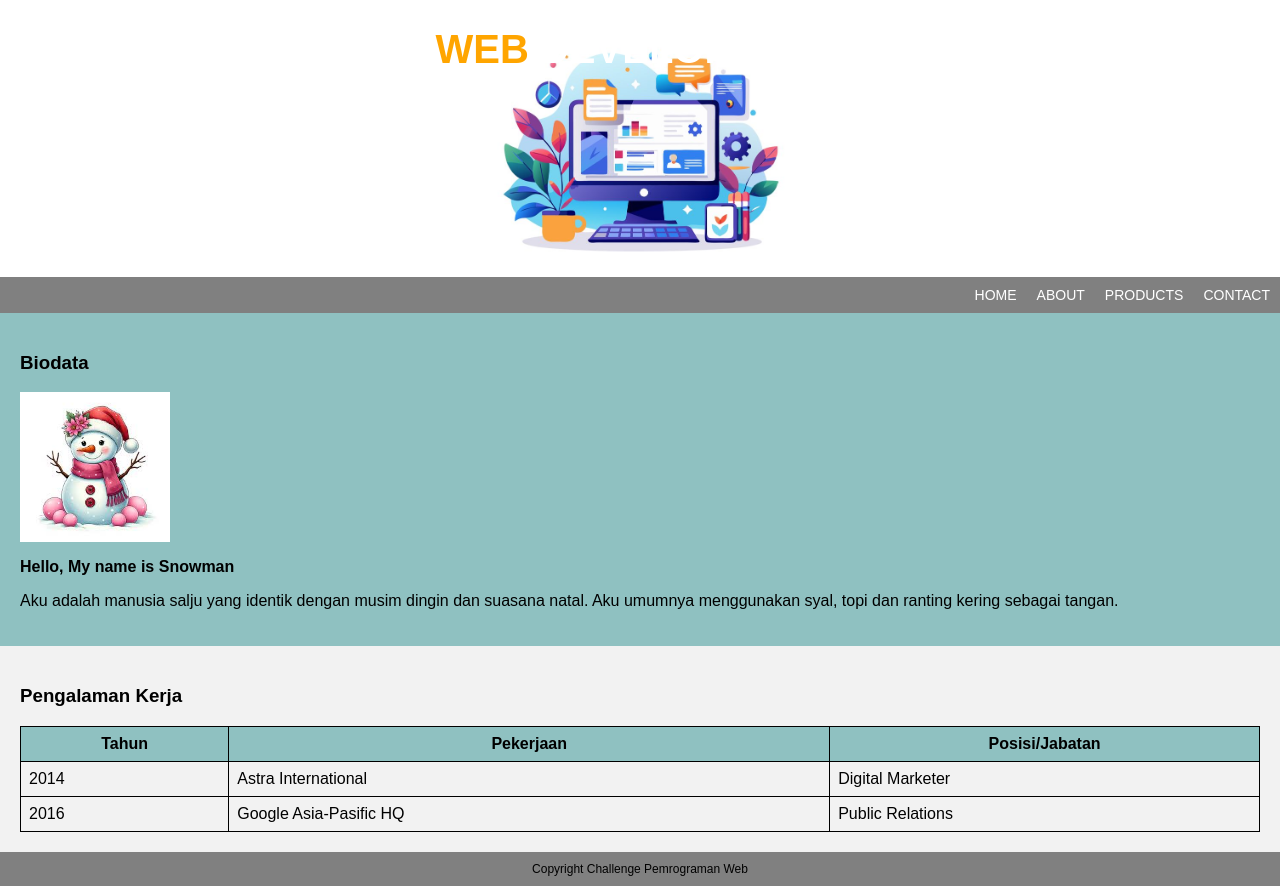
Repository: razitazhr/Pertemuan-6_24.116194
Page: Pertemuan 5/Challenge 5.html
The author's editor kept a copy of each file at every save. The page is drawn from the files as they stood at one save, then again after the next save.
The browser window is 1280 px wide. The pictures show the whole page.

Above is the page before, as saved 2026-05-03 22:09:23.

### Pertemuan 5/Challenge 5.html
<!DOCTYPE html>
<html lang="en">
<head>
    <meta charset="UTF-8">
    <meta name="viewport" content="width=device-width, initial-scale=1.0">
    <title>Challenge 5_24.11.6194</title>
    <link rel="stylesheet" href="style.css">
</head>
<body>
    <div class="header">
        <div class="header">
            <h1><span>WEB</span> DEVELOPMENT</h1>
        </div>
    </div>
    <div class="navbar">
        <a href="#">HOME</a>
        <a href="#">ABOUT</a>
        <a href="#">PRODUCTS</a>
        <a href="#">CONTACT</a>
    </div>
    <div class="container">
        <div class="biodata">
            <h3>Biodata</h3>
            <img src="snowman.jpg" alt="">
            <p><b>Hello, My name is Snowman</b></p>
            <p>Aku adalah manusia salju yang identik dengan musim dingin dan suasana natal. Aku umumnya menggunakan syal, topi dan ranting kering sebagai tangan.</p>
        </div>
    </div>
    <div class="pengalaman">
        <h3>Pengalaman Kerja</h3>
        <table>
            <tr>
                <th>Tahun</th>
                <th>Pekerjaan</th>
                <th>Posisi/Jabatan</th>
            </tr>
            <tr>
                <td>2014</td>
                <td>Astra International</td>
                <td>Digital Marketer</td>
            </tr>
            <tr>
                <td>2016</td>
                <td>Google Asia-Pasific HQ</td>
                <td>Public Relations</td>
            </tr>
        </table>
    </div>
    <div class="footer">
        Copyright Challenge Pemrograman Web
    </div>
</body>
</html>

### Pertemuan 5/Style.CSS
body {
    margin: 0;
    font-family: Arial;
}
.header {
    background-image: url('banner.jpg');
    background-size: contain;
    background-position: top;
    background-repeat: no-repeat;
    height: 250px;
    position: relative;
}
.overlay {
    background: rgba(0, 0, 0, 0, 3);
    height: 100%;
    display: flex;
    align-items: flex-start;
    justify-content: flex-end;
    padding: 20px;
}
.header h1 {
    color: white;
    font-size: 40px;
    text-align: center;
}
.header span {
    color: orange;
}
.navbar {
    display: flex;
    justify-content: flex-end;
    background: gray;
    padding: 10px;
}
.navbar a {
    color: white;
    text-decoration: none;
    margin-left: 20px;
    font-size: 14px;
}
.container {
    display: flex;
    min-height: 300px;
}
.biodata {
    flex: 1;
    background: #8fc1c1;
    padding: 20px;
}
.biodata img {
    width: 150px;
    display: block;
    margin-bottom: 10px;
}
.pengalaman {
    flex: 2;
    background: #f2f2f2;
    padding: 20px;
}
table {
    width: 100%;
    border-collapse: collapse;
}
th {
    background: #8fc1c1;
}
table, th, td {
    border: 1px solid black;
    padding: 8px;
}
.footer {
    background: gray;
    text-align: center;
    padding: 10px;
    font-size: 12px;
}

After the next save:
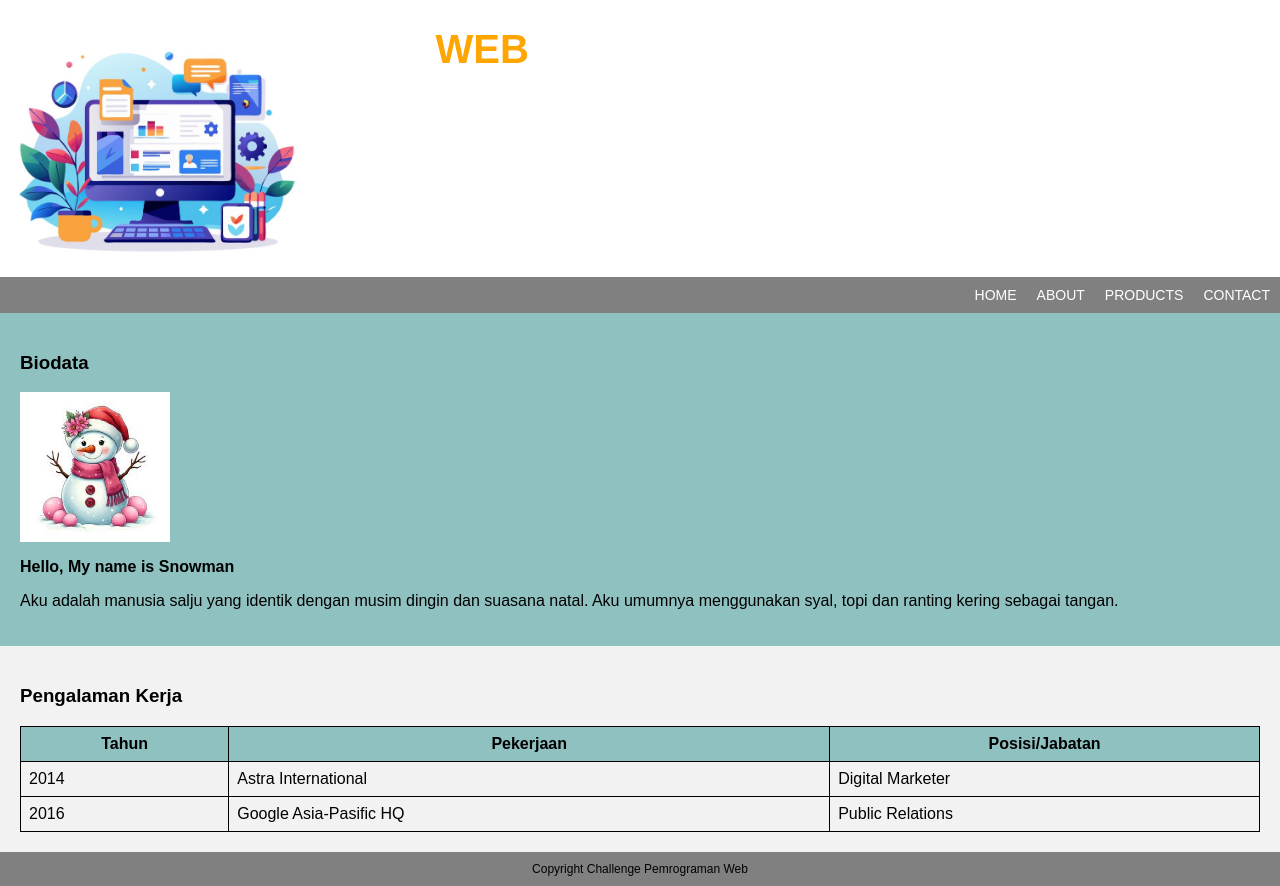
Saved 55 s later.
--- a/Pertemuan 5/Style.CSS
+++ b/Pertemuan 5/Style.CSS
@@ -5,7 +5,7 @@ body {
 .header {
     background-image: url('banner.jpg');
     background-size: contain;
-    background-position: top;
+    background-position: left;
     background-repeat: no-repeat;
     height: 250px;
     position: relative;
